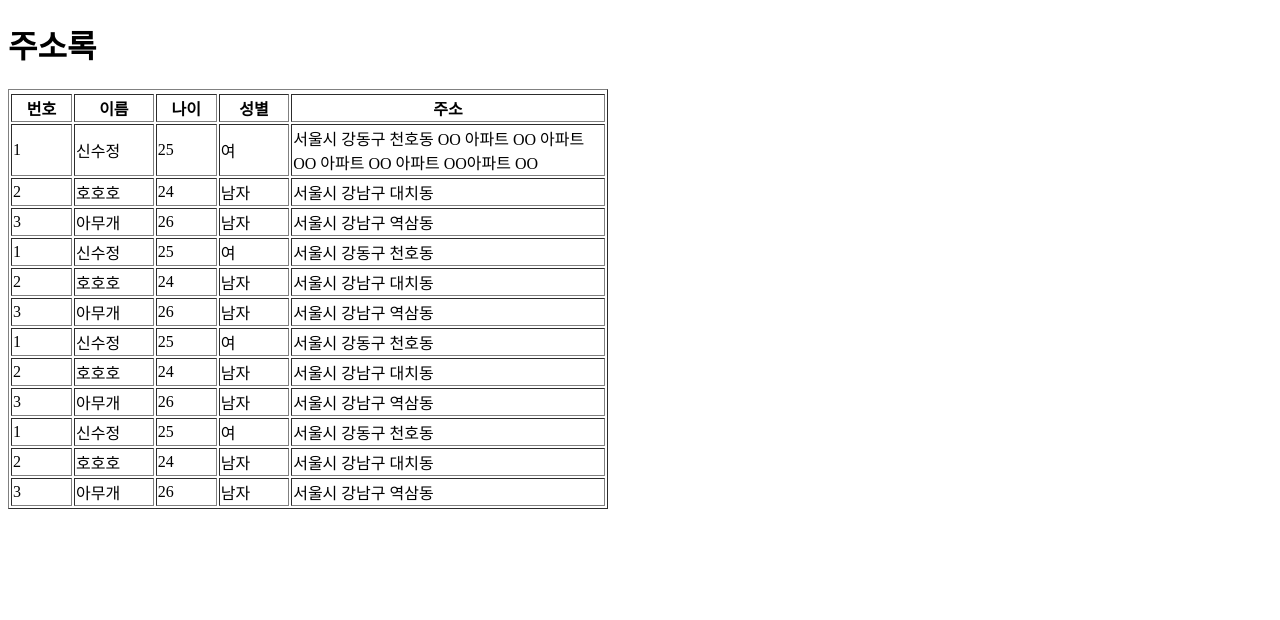
Repository: sinsujung/client
Page: ClientTest/src/main/webapp/html/ex16_table.html
These files come from the project's save history. The page is drawn as it stood at one moment and after the next save; the edit follows.
The browser window is 1280 px wide. The pictures show the whole page.

Above is the page before, as saved 2023-09-21 01:13:31.

After the next save:
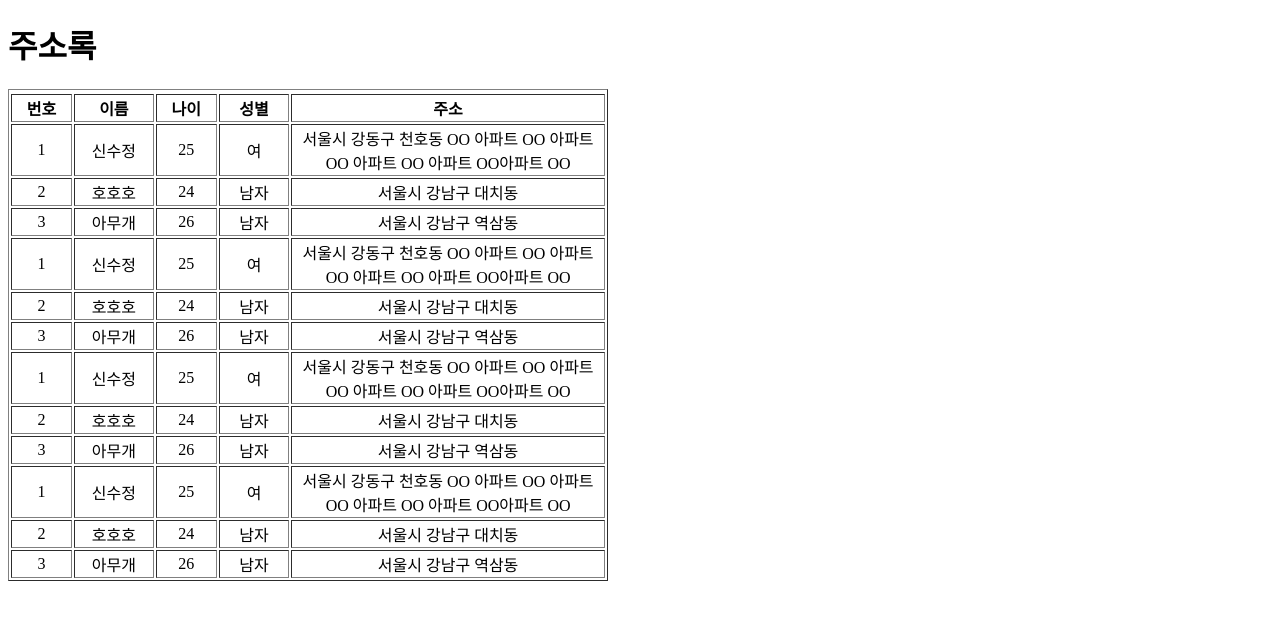
Saved 114 s later.
--- a/ClientTest/src/main/webapp/html/ex16_table.html
+++ b/ClientTest/src/main/webapp/html/ex16_table.html
@@ -19,7 +19,7 @@
 	<table border="1" width="600">
 
 		<!-- 테이블 헤더 -->
-		<tr bgcolor="#ddddd">
+		<tr bgcolor="#dddddd">
 		<tr>
 			<td align="center" width="60"><b>번호</b></td>
 			<td align="center" width="80"><b>이름</b></td>
@@ -31,107 +31,109 @@
 		<!-- 테이블 본문(데이터)
 			1. 고정폭 > 왼쪽, 가운데 정렬
 			2. 가변폭 > 왼쪽
+			3. 숫자 > 우측(자릿수)
 		-->
 
 
 		<tr>
-			<td>1</td>
-			<td>신수정</td>
-			<td>25</td>
-			<td>여</td>
-			<td>서울시 강동구 천호동 OO 아파트 OO 아파트 OO 아파트 OO 아파트 OO아파트 OO</td>
+			<td align="center">1</td>
+			<td align="center">신수정</td>
+			<td align="center">25</td>
+			<td align="center">여</td>
+			<td align="center">서울시 강동구 천호동 OO 아파트 OO 아파트 OO 아파트 OO 아파트 OO아파트 OO</td>
 		</tr>
 
 
 		<tr>
-			<td>2</td>
-			<td>호호호</td>
-			<td>24</td>
-			<td>남자</td>
-			<td>서울시 강남구 대치동</td>
+			<td align="center">2</td>
+			<td align="center">호호호</td>
+			<td align="center">24</td>
+			<td align="center">남자</td>
+			<td align="center">서울시 강남구 대치동</td>
 		</tr>
 
 		<tr>
-			<td>3</td>
-			<td>아무개</td>
-			<td>26</td>
-			<td>남자</td>
-			<td>서울시 강남구 역삼동</td>
-		</tr>
-
-		<tr>
-			<td>1</td>
-			<td>신수정</td>
-			<td>25</td>
-			<td>여</td>
-			<td>서울시 강동구 천호동</td>
+			<td align="center">3</td>
+			<td align="center">아무개</td>
+			<td align="center">26</td>
+			<td align="center">남자</td>
+			<td align="center">서울시 강남구 역삼동</td>
 		</tr>
 
 
 		<tr>
-			<td>2</td>
-			<td>호호호</td>
-			<td>24</td>
-			<td>남자</td>
-			<td>서울시 강남구 대치동</td>
-		</tr>
-
-		<tr>
-			<td>3</td>
-			<td>아무개</td>
-			<td>26</td>
-			<td>남자</td>
-			<td>서울시 강남구 역삼동</td>
-		</tr>
-
-		<tr>
-			<td>1</td>
-			<td>신수정</td>
-			<td>25</td>
-			<td>여</td>
-			<td>서울시 강동구 천호동</td>
+			<td align="center">1</td>
+			<td align="center">신수정</td>
+			<td align="center">25</td>
+			<td align="center">여</td>
+			<td align="center">서울시 강동구 천호동 OO 아파트 OO 아파트 OO 아파트 OO 아파트 OO아파트 OO</td>
 		</tr>
 
 
 		<tr>
-			<td>2</td>
-			<td>호호호</td>
-			<td>24</td>
-			<td>남자</td>
-			<td>서울시 강남구 대치동</td>
+			<td align="center">2</td>
+			<td align="center">호호호</td>
+			<td align="center">24</td>
+			<td align="center">남자</td>
+			<td align="center">서울시 강남구 대치동</td>
 		</tr>
 
 		<tr>
-			<td>3</td>
-			<td>아무개</td>
-			<td>26</td>
-			<td>남자</td>
-			<td>서울시 강남구 역삼동</td>
+			<td align="center">3</td>
+			<td align="center">아무개</td>
+			<td align="center">26</td>
+			<td align="center">남자</td>
+			<td align="center">서울시 강남구 역삼동</td>
 		</tr>
 
 		<tr>
-			<td>1</td>
-			<td>신수정</td>
-			<td>25</td>
-			<td>여</td>
-			<td>서울시 강동구 천호동</td>
+			<td align="center">1</td>
+			<td align="center">신수정</td>
+			<td align="center">25</td>
+			<td align="center">여</td>
+			<td align="center">서울시 강동구 천호동 OO 아파트 OO 아파트 OO 아파트 OO 아파트 OO아파트 OO</td>
 		</tr>
 
 
 		<tr>
-			<td>2</td>
-			<td>호호호</td>
-			<td>24</td>
-			<td>남자</td>
-			<td>서울시 강남구 대치동</td>
+			<td align="center">2</td>
+			<td align="center">호호호</td>
+			<td align="center">24</td>
+			<td align="center">남자</td>
+			<td align="center">서울시 강남구 대치동</td>
 		</tr>
 
 		<tr>
-			<td>3</td>
-			<td>아무개</td>
-			<td>26</td>
-			<td>남자</td>
-			<td>서울시 강남구 역삼동</td>
+			<td align="center">3</td>
+			<td align="center">아무개</td>
+			<td align="center">26</td>
+			<td align="center">남자</td>
+			<td align="center">서울시 강남구 역삼동</td>
+		</tr>
+
+		<tr>
+			<td align="center">1</td>
+			<td align="center">신수정</td>
+			<td align="center">25</td>
+			<td align="center">여</td>
+			<td align="center">서울시 강동구 천호동 OO 아파트 OO 아파트 OO 아파트 OO 아파트 OO아파트 OO</td>
+		</tr>
+
+
+		<tr>
+			<td align="center">2</td>
+			<td align="center">호호호</td>
+			<td align="center">24</td>
+			<td align="center">남자</td>
+			<td align="center">서울시 강남구 대치동</td>
+		</tr>
+
+		<tr>
+			<td align="center">3</td>
+			<td align="center">아무개</td>
+			<td align="center">26</td>
+			<td align="center">남자</td>
+			<td align="center">서울시 강남구 역삼동</td>
 		</tr>
 	</table>
 
